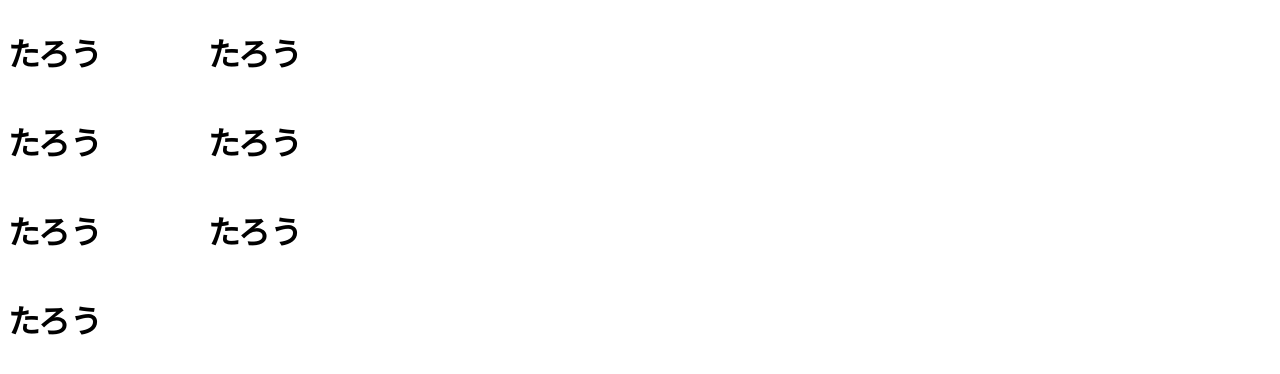
Repository: fukkatsuno-neda/samurai_HTML-CSS
Page: テスト/index.html
The author's editor kept a record of every edit. The page is drawn from the files as they stood at one moment, then again after the next edit.
The browser window is 1280 px wide. The pictures show the whole page.

Above is the page before.

### テスト/index.html
<!DOCTYPE html>
<html lang="ja">
    <head>
        <meta charset="utf-8">
        <style>
           #grid{
               display:grid;
               grid-template-columns: 200px 200px;
           }
        </style>
    </head>
    <body>
        <div id="grid">
            <h1>たろう</h1>
            <h1>たろう</h1>
            <h1>たろう</h1>
            <h1>たろう</h1>
            <h1>たろう</h1>
            <h1>たろう</h1>
            <h1>たろう</h1>
        </div>

    </body>
</html>

After the next edit:
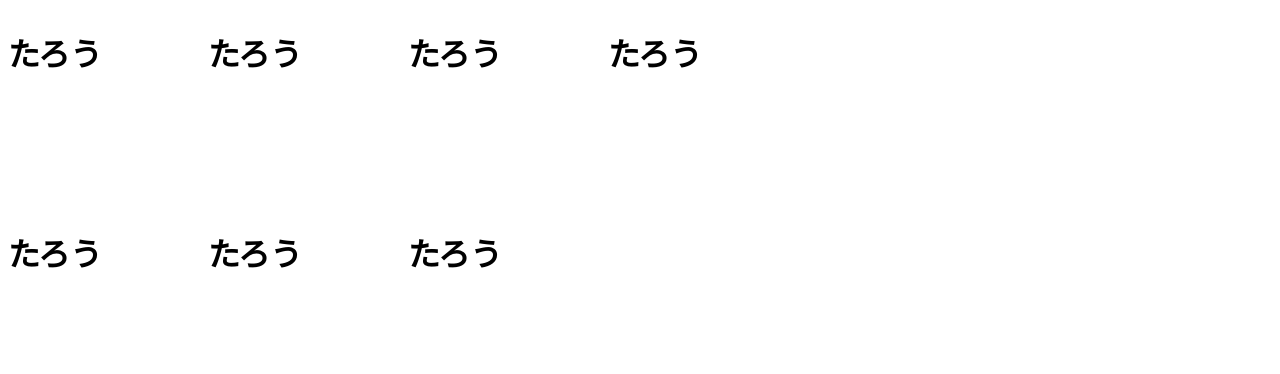
The edit:
--- a/テスト/index.html
+++ b/テスト/index.html
@@ -5,7 +5,8 @@
         <style>
            #grid{
                display:grid;
-               grid-template-columns: 200px 200px;
+               grid-template-columns: 200px 200px 200px 200px;
+               grid-template-rows:200px 200px;
            }
         </style>
     </head>
